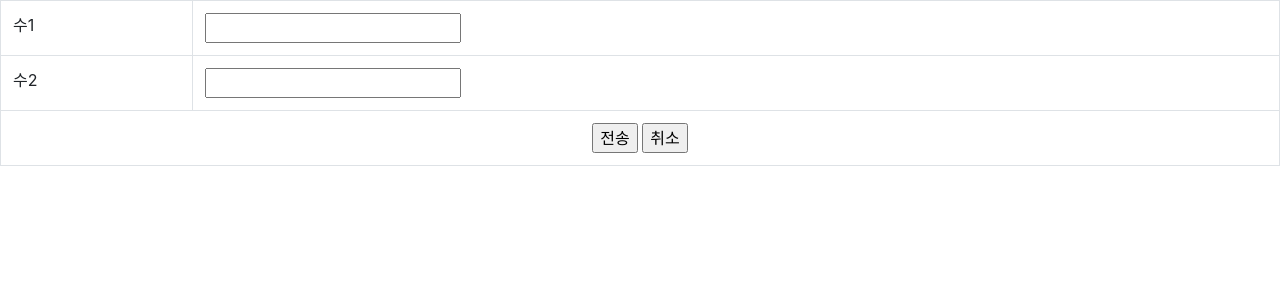
Repository: eastzi/workspace.edu
Page: MVC01/src/main/webapp/su.html
The author's editor kept a copy of each file at every save. The page is drawn from the files as they stood at one save, then again after the next save.
The browser window is 1280 px wide. The pictures show the whole page.

Above is the page before, as saved 2022-10-12 04:12:41.

After the next save:
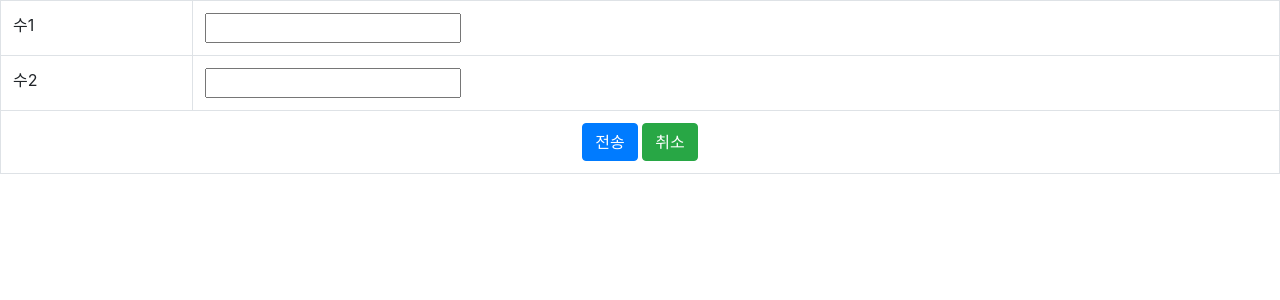
Saved 71 s later.
--- a/MVC01/src/main/webapp/su.html
+++ b/MVC01/src/main/webapp/su.html
@@ -21,8 +21,8 @@
 	</tr>
 	<tr>
 		<td colspan="2" align="center">
-			<input type="button" value="전송"/>
-			<input type="button" value="취소"/>
+			<input type="button" value="전송" class="btn btn-primary"/>
+			<input type="button" value="취소" class="btn btn-success"/>
 		</td>
 	</tr>
 </table>
